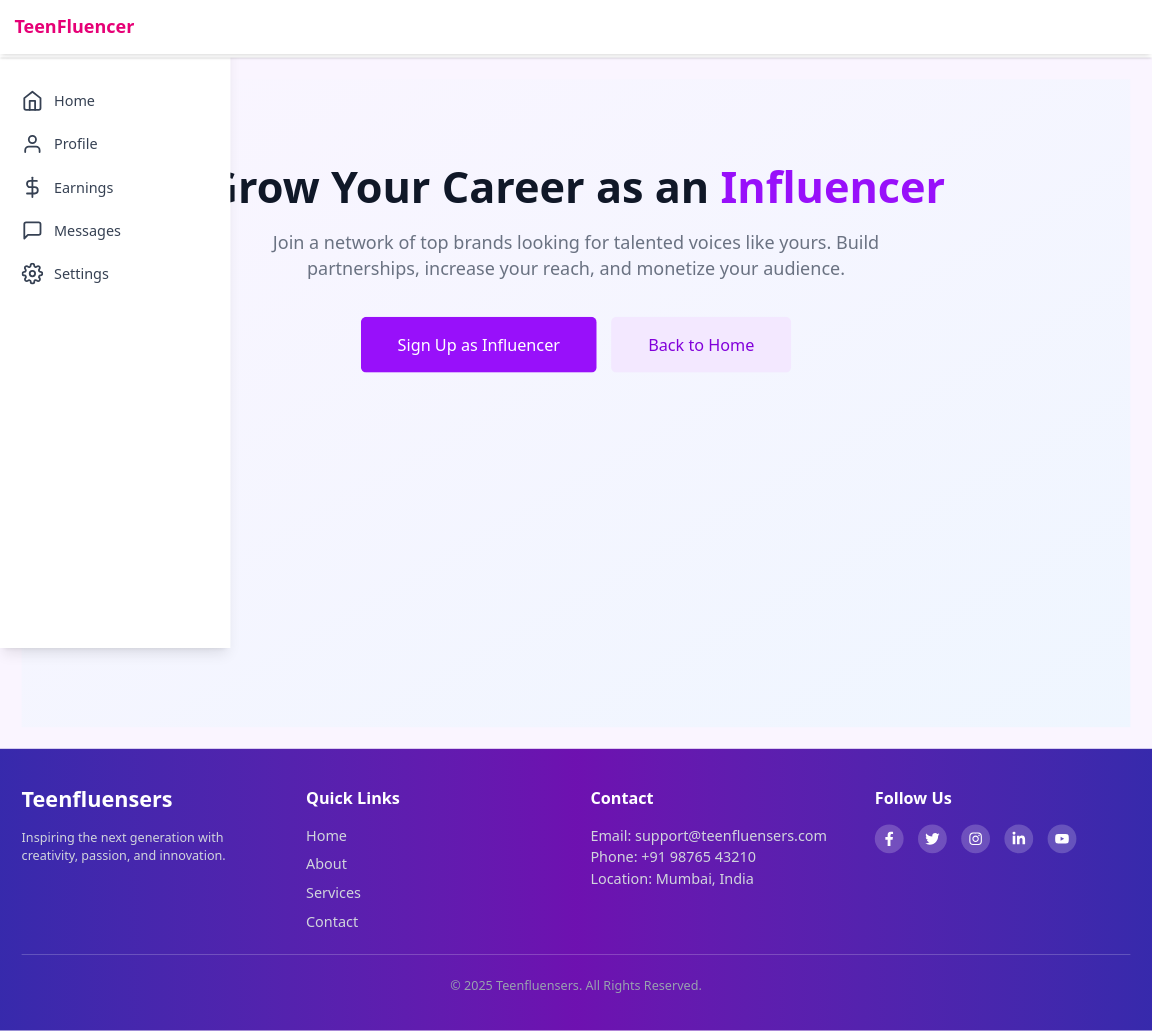
Repository: dhanbyte/teenfluencer
Page: /influencerhome
An editor plug-in stored every save of this project. The page is shown before and after the next save, followed by the edit.
The browser window is 1280 px wide. The pictures show the whole page, at 90% of full size.
The page's requests for data from a server got no answer. The project was rebuilt for these pictures with package versions that can differ from the ones it lists, and the page was loaded fresh each time. Some packages were replaced by stand-ins written for this rebuild. The framework's server and built-in components were replaced by stand-ins that run in the browser. No one was signed in, and anything a server would have sent is missing. Also part of the build but not shown: next.config.ts.

Above is the page before, as saved 2025-08-13 00:24:00.

### app/layout.tsx
// app/layout.tsx
import { ClerkProvider } from '@clerk/nextjs'
import './globals.css'
import PublicNavbar from '@/Components/Public/Public-navbar'
import Footer from '@/Components/Public/Footer'

export default function RootLayout({
  children,
}: {
  children: React.ReactNode
}) {
  return (
    <ClerkProvider>
      <html lang="en">
        <PublicNavbar />
        <body>{children}</body>
        <Footer />
      </html>
    </ClerkProvider>
  )
}

### app/(influencer)/layout.tsx
// app/influencer/layout.tsx
import React from "react";
import { ClerkProvider } from "@clerk/nextjs";
import "../(public)/globals.css";
import InfluencerNavbar from "@/Components/(Infuencer)/influencerNavbar";
export default function InfluencerLayout({ children }: { children: React.ReactNode }) {
  return (
    <html lang="en">

      <body className="min-h-screen flex flex-col bg-purple-50">

        <main className="flex-1 p-6"> <ClerkProvider>
          <InfluencerNavbar />
          {children}
          </ClerkProvider></main>
      </body>
    </html>
  );
}

### app/(influencer)/(Pages)/influencerhome/page.tsx
"use client";
import { useUser, useClerk } from '@clerk/nextjs';
import { useRouter } from 'next/navigation';
import Link from "next/link";

function InfluencerHomePage() {
  const { isSignedIn, user } = useUser();
  const { openSignUp } = useClerk();
  const router = useRouter();

  const handleSignUpClick = () => {
    if (isSignedIn) {
      router.push('/influencer');
    } else {
      openSignUp({
        afterSignUpUrl: '/influencer',
        afterSignInUrl: '/influencer'
      });
    }
  };

  if (!isSignedIn) {
    return (
      <div className="min-h-screen bg-gradient-to-br from-purple-50 to-blue-50">
        <div className="max-w-7xl mx-auto px-4 sm:px-6 lg:px-8 py-16 md:py-24">
          <div className="text-center">
            <h1 className="text-4xl md:text-5xl font-bold text-gray-900 mb-6">
              Grow Your Career as an <span className="text-purple-600">Influencer</span>
            </h1>
            <p className="mt-3 max-w-md mx-auto text-lg text-gray-500 sm:text-xl md:mt-5 md:max-w-3xl">
              Join a network of top brands looking for talented voices like yours.
              Build partnerships, increase your reach, and monetize your audience.
            </p>
            <div className="mt-10 flex flex-col sm:flex-row justify-center gap-4">
              <button
                onClick={handleSignUpClick}
                className="px-8 py-3 border border-transparent text-base font-medium rounded-md text-white bg-purple-600 hover:bg-purple-700 md:py-4 md:text-lg md:px-10"
              >
                {isSignedIn ? 'Go to Dashboard' : 'Sign Up as Influencer'}
              </button>
              <Link
                href="/"
                className="px-8 py-3 border border-transparent text-base font-medium rounded-md text-purple-700 bg-purple-100 hover:bg-purple-200 md:py-4 md:text-lg md:px-10"
              >
                Back to Home
              </Link>
            </div>
          </div>
        </div>
      </div>
    );
  }

  // For signed-in users
  return (
    <div className="min-h-screen bg-gradient-to-br from-purple-50 to-blue-50">
      <div className="max-w-7xl mx-auto px-4 sm:px-6 lg:px-8 py-8">


        <div className="text-center mt-10">
          <h1 className="text-4xl md:text-5xl font-bold text-gray-900 mb-6">
            Welcome, <span className="text-purple-600">{user?.firstName || 'Influencer'}</span>
          </h1>
          <p className="mt-3 max-w-md mx-auto text-lg text-gray-500 sm:text-xl md:mt-5 md:max-w-3xl">
            Ready to find your next brand partnership?
          </p>

          <div className="mt-16 grid gap-8 md:grid-cols-3">
            {/* Dashboard Cards */}
            <div className="bg-white p-6 rounded-lg shadow-md hover:shadow-lg transition-shadow">
              <h3 className="text-xl font-semibold mb-3">Your Profile</h3>
              <p className="text-gray-600 mb-4">
                Complete your profile to get more brand deals
              </p>
              <Link
                href="/influencer/profile"
                className="text-purple-600 hover:text-purple-800 font-medium"
              >
                Edit Profile →
              </Link>
            </div>

            <div className="bg-white p-6 rounded-lg shadow-md hover:shadow-lg transition-shadow">
              <h3 className="text-xl font-semibold mb-3">Available Campaigns</h3>
              <p className="text-gray-600 mb-4">
                Browse brand campaigns looking for influencers
              </p>
              <Link
                href="/influencer/campaigns"
                className="text-purple-600 hover:text-purple-800 font-medium"
              >
                View Campaigns →
              </Link>
            </div>

            <div className="bg-white p-6 rounded-lg shadow-md hover:shadow-lg transition-shadow">
              <h3 className="text-xl font-semibold mb-3">Your Analytics</h3>
              <p className="text-gray-600 mb-4">
                Track your performance and earnings
              </p>
              <Link
                href="/influencer/analytics"
                className="text-purple-600 hover:text-purple-800 font-medium"
              >
                View Analytics →
              </Link>
            </div>
          </div>
        </div>
      </div>
    </div>
  );
}

export default InfluencerHomePage;

### Components/Public/Public-navbar.tsx
"use client";
import Link from "next/link";
import { useState } from "react";
import { FaBars, FaTimes } from "react-icons/fa";

export default function PublicNavbar() {
  const [isOpen, setIsOpen] = useState(false);

  return (
    <nav className="bg-white shadow-sm sticky top-0 z-50">
      <div className="max-w-7xl mx-auto px-4 sm:px-6 lg:px-8">
        <div className="flex justify-between h-16 items-center">
          {/* Logo/Title - Shows icon on small screens */}
          <div className="flex-shrink-0 flex items-center">
            <Link href="/" className="flex items-center">
              <span className="text-2xl mr-1">👋</span>
              <span className="hidden sm:inline text-xl font-bold text-purple-600">
                InfluencerHub
              </span>
            </Link>
          </div>

          {/* Desktop Navigation - hidden on mobile */}
          <div className="hidden md:flex items-center space-x-2">
            <Link
              href="home"
              className="px-3 py-2 text-sm font-medium text-gray-700 hover:text-purple-600"
            >
              Home
            </Link>
            <Link
              href="services"
              className="px-3 py-2 text-sm font-medium text-gray-700 hover:text-purple-600"
            >
              Features
            </Link>
            <Link
              href="about"
              className="px-3 py-2 text-sm font-medium text-gray-700 hover:text-purple-600"
            >
              About
            </Link>
          </div>

          {/* Auth Buttons - changes size based on screen */}
          <div className="hidden md:flex items-center space-x-2">
            <button className="px-3 py-1.5 text-xs sm:text-sm font-medium rounded-md text-white bg-purple-600 hover:bg-purple-700">
              Login
            </button>
            <button className="px-3 py-1.5 text-xs sm:text-sm font-medium rounded-md text-purple-600 border border-purple-600 hover:bg-purple-50">
              Sign Up
            </button>
          </div>

          {/* Mobile menu button - shows only on mobile */}
          <div className="md:hidden flex items-center">
            <button
              onClick={() => setIsOpen(!isOpen)}
              className="inline-flex items-center justify-center p-2 rounded-md text-gray-700 hover:text-purple-600 focus:outline-none"
            >
              {isOpen ? (
                <FaTimes className="h-5 w-5" />
              ) : (
                <FaBars className="h-5 w-5" />
              )}
            </button>
          </div>
        </div>
      </div>

      {/* Mobile menu - shows when hamburger is clicked */}
      <div className={`md:hidden ${isOpen ? "block" : "hidden"} bg-white pb-3`}>
        <div className="px-2 pt-2 space-y-1">
          <Link
            href="home"
            className="block px-3 py-2 rounded-md text-base font-medium text-gray-700 hover:text-purple-600 hover:bg-purple-50"
          >
            Home
          </Link>
          <Link
            href="services"
            className="block px-3 py-2 rounded-md text-base font-medium text-gray-700 hover:text-purple-600 hover:bg-purple-50"
          >
            Features
          </Link>
          <Link
            href="about"
            className="block px-3 py-2 rounded-md text-base font-medium text-gray-700 hover:text-purple-600 hover:bg-purple-50"
          >
            About
          </Link>
        </div>
        <div className="px-2 pt-2 space-y-1">
          <button className="w-full px-3 py-2 rounded-md text-base font-medium text-white bg-purple-600 hover:bg-purple-700">
            Login
          </button>
          <button className="w-full px-3 py-2 rounded-md text-base font-medium text-purple-600 border border-purple-600 hover:bg-purple-50">
            Sign Up
          </button>
        </div>
      </div>
    </nav>
  );
}

### Components/Public/Footer.tsx
/* eslint-disable @next/next/no-html-link-for-pages */
import { FaFacebookF, FaTwitter, FaInstagram, FaLinkedinIn, FaYoutube } from "react-icons/fa";

export default function Footer() {
  return (
    <footer className="bg-gradient-to-r from-indigo-800 via-purple-800 to-indigo-800 text-white">
      <div className="max-w-7xl mx-auto px-6 py-10">

        {/* Top Section */}
        <div className="grid grid-cols-1 md:grid-cols-4 gap-8">

          {/* Brand Info */}
          <div>
            <h2 className="text-2xl font-bold mb-4">Teenfluensers</h2>
            <p className="text-sm text-gray-300">
              Inspiring the next generation with creativity, passion, and innovation.
            </p>
          </div>

          {/* Quick Links */}
          <div>
            <h3 className="text-lg font-semibold mb-4">Quick Links</h3>
            <ul className="space-y-2 text-gray-300">
              <li><a href="/" className="hover:text-white transition">Home</a></li>
              <li><a href="/about" className="hover:text-white transition">About</a></li>
              <li><a href="/services" className="hover:text-white transition">Services</a></li>
              <li><a href="/contact" className="hover:text-white transition">Contact</a></li>
            </ul>
          </div>

          {/* Contact Info */}
          <div>
            <h3 className="text-lg font-semibold mb-4">Contact</h3>
            <p className="text-gray-300">Email: support@teenfluensers.com</p>
            <p className="text-gray-300">Phone: +91 98765 43210</p>
            <p className="text-gray-300">Location: Mumbai, India</p>
          </div>

          {/* Social Media */}
          <div>
            <h3 className="text-lg font-semibold mb-4">Follow Us</h3>
            <div className="flex space-x-4">
              <a href="#" className="p-2 bg-white/20 rounded-full hover:bg-white/30 transition">
                <FaFacebookF />
              </a>
              <a href="#" className="p-2 bg-white/20 rounded-full hover:bg-white/30 transition">
                <FaTwitter />
              </a>
              <a href="#" className="p-2 bg-white/20 rounded-full hover:bg-white/30 transition">
                <FaInstagram />
              </a>
              <a href="#" className="p-2 bg-white/20 rounded-full hover:bg-white/30 transition">
                <FaLinkedinIn />
              </a>
              <a href="#" className="p-2 bg-white/20 rounded-full hover:bg-white/30 transition">
                <FaYoutube />
              </a>
            </div>
          </div>

        </div>

        {/* Divider */}
        <div className="border-t border-white/20 my-6"></div>

        {/* Bottom Section */}
        <div className="text-center text-gray-400 text-sm">
          © {new Date().getFullYear()} Teenfluensers. All Rights Reserved.
        </div>
      </div>
    </footer>
  );
}

### Components/(Infuencer)/influencerNavbar.tsx
   "use client";
   import { UserButton } from "@clerk/nextjs";
import Link from "next/link";
import { useState, useEffect } from "react";
import { FiMenu, FiX, FiHome, FiUser, FiSettings, FiDollarSign, FiMessageSquare } from "react-icons/fi";

export default function InfluencerNavbar() {
  const [isOpen, setIsOpen] = useState(false);
  const [isMobile, setIsMobile] = useState(false);

  useEffect(() => {
    const handleResize = () => {
      setIsMobile(window.innerWidth < 768);
    };

    handleResize(); // Check initial size
    window.addEventListener("resize", handleResize);
    return () => window.removeEventListener("resize", handleResize);
  }, []);

  const toggleSidebar = () => setIsOpen(!isOpen);

  return (
    <>
      {/* Top Navbar */}
      <nav className="fixed top-0 left-0 right-0 bg-white shadow-md z-50 p-4 flex justify-between items-center">
        {/* Left side - Menu button and logo */}
        <div className="flex items-center space-x-4">
          <button
            onClick={toggleSidebar}
            className="md:hidden text-gray-700 focus:outline-none"
          >
            {isOpen ? <FiX size={24} /> : <FiMenu size={24} />}
          </button>
          <Link href="/" className="text-xl font-bold text-pink-600">
            TeenFluencer
          </Link>
        </div>

        {/* Right side - User button */}
        <div className="flex items-center space-x-4">
          <UserButton afterSignOutUrl="/" />
        </div>
      </nav>

      {/* Slide-out Sidebar */}
      <div
        className={`fixed top-0 left-0 h-full bg-white shadow-lg z-40 transition-all duration-300 ease-in-out
          ${isOpen ? "translate-x-0 w-64" : "-translate-x-full w-0"}
          md:translate-x-0 md:w-64`}
      >
        <div className="h-full pt-16 pb-4 overflow-y-auto">
          {/* Clerk User Button in Sidebar (hidden on desktop) */}
          <div className="md:hidden p-4 flex justify-center">
            <UserButton afterSignOutUrl="/" />
          </div>

          {/* Navigation Links */}
          <nav className="mt-6">
            <NavItem href="/" icon={<FiHome size={isMobile ? 20 : 24} />} text="Home" />
            <NavItem href="/profile" icon={<FiUser size={isMobile ? 20 : 24} />} text="Profile" />
            <NavItem href="/earnings" icon={<FiDollarSign size={isMobile ? 20 : 24} />} text="Earnings" />
            <NavItem href="/messages" icon={<FiMessageSquare size={isMobile ? 20 : 24} />} text="Messages" />
            <NavItem href="/settings" icon={<FiSettings size={isMobile ? 20 : 24} />} text="Settings" />
          </nav>
        </div>
      </div>

      {/* Overlay for mobile */}
      {isOpen && (
        <div
          className="fixed inset-0 bg-black bg-opacity-50 z-30 md:hidden"
          onClick={toggleSidebar}
        />
      )}
    </>
  );
}

function NavItem({ href, icon, text }: { href: string; icon: React.ReactNode; text: string }) {
  return (
    <Link
      href={href}
      className="flex items-center px-6 py-3 text-gray-700 hover:bg-pink-50 hover:text-pink-600 transition-colors"
    >
      <span className="mr-3">{icon}</span>
      <span className="text-sm md:text-base">{text}</span>
    </Link>
  );
}

Loaded but not shown: app/globals.css (common file); app/(public)/globals.css (common file)

After the next save:
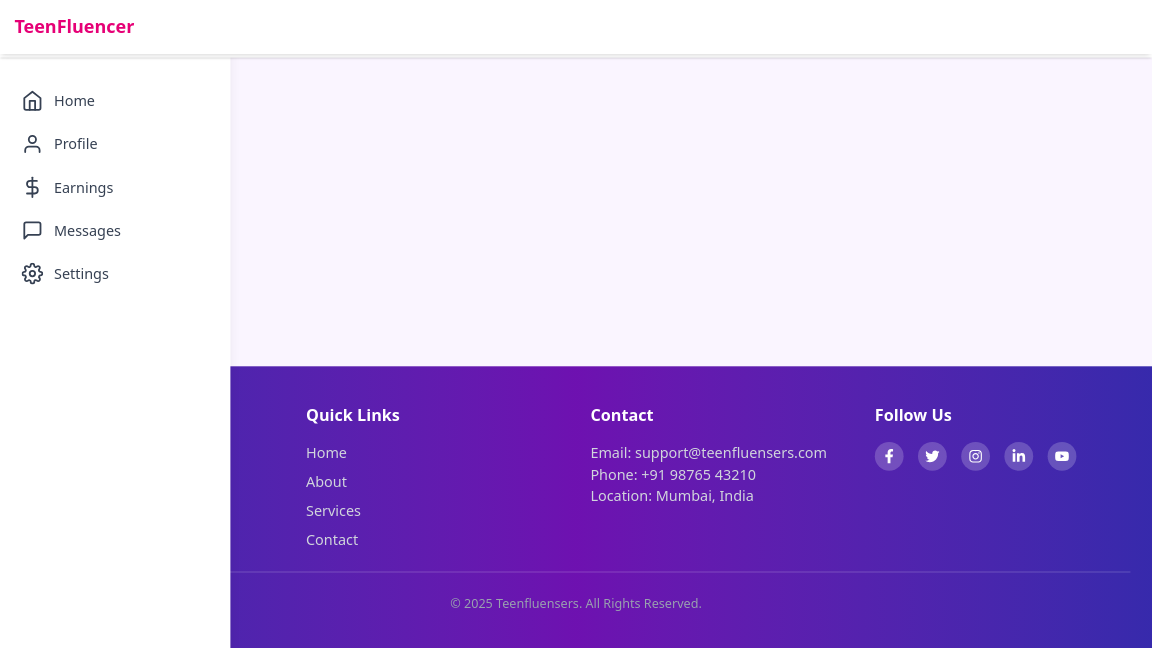
Saved 40 s later.
--- a/app/(influencer)/layout.tsx
+++ b/app/(influencer)/layout.tsx
@@ -1,3 +1,4 @@
+
 // app/influencer/layout.tsx
 import React from "react";
 import { ClerkProvider } from "@clerk/nextjs";
@@ -10,8 +11,10 @@
       <body className="min-h-screen flex flex-col bg-purple-50">
 
         <main className="flex-1 p-6"> <ClerkProvider>
-          <InfluencerNavbar />
+          <InfluencerNavbar >
+
           {children}
+          </InfluencerNavbar>
           </ClerkProvider></main>
       </body>
     </html>

After the 2 saves that followed:
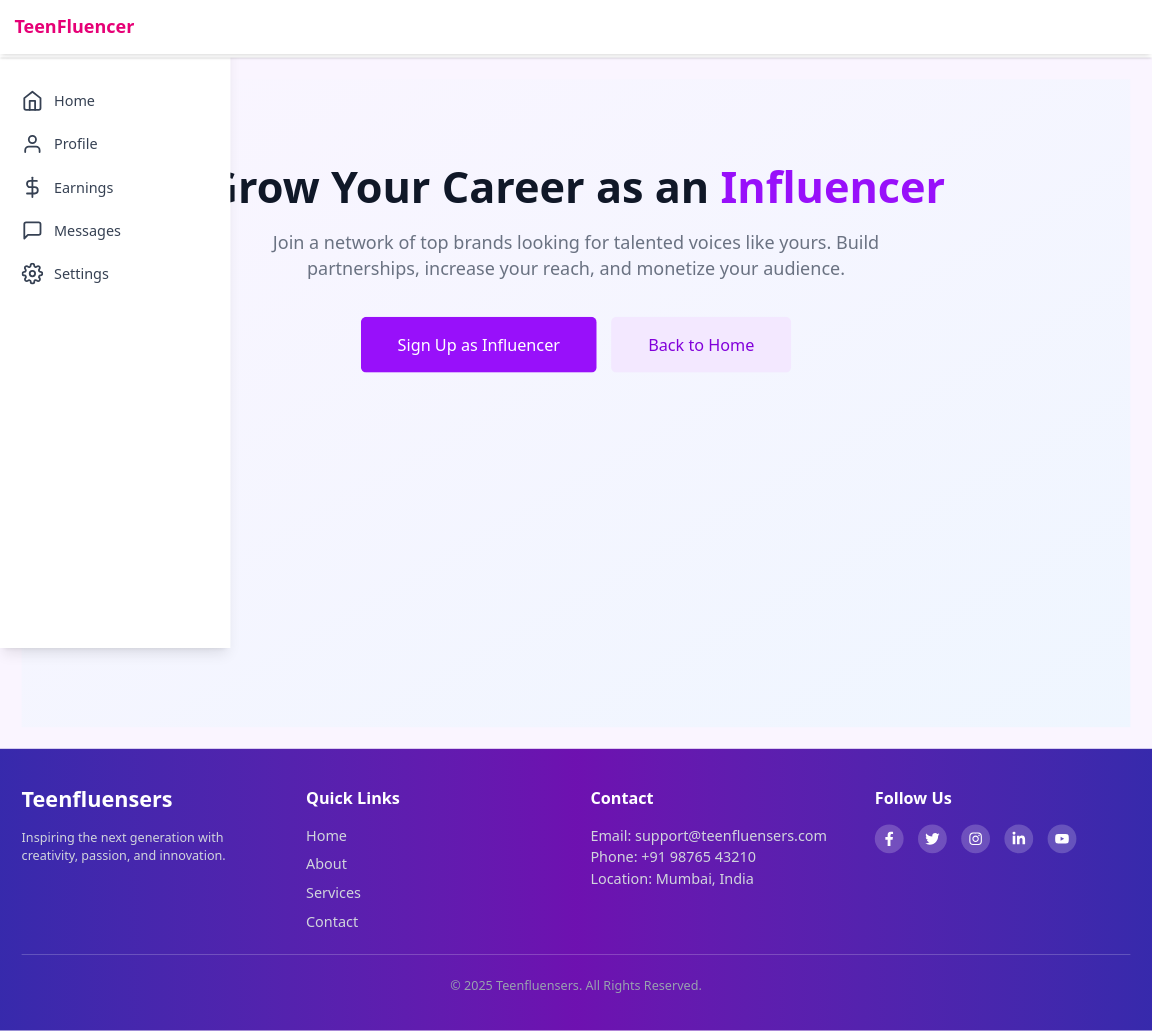
The 2 saves are shown as one change because 1 did not build or start.
The last was saved 17 s later.
--- a/app/(influencer)/layout.tsx
+++ b/app/(influencer)/layout.tsx
@@ -11,10 +11,8 @@
       <body className="min-h-screen flex flex-col bg-purple-50">
 
         <main className="flex-1 p-6"> <ClerkProvider>
-          <InfluencerNavbar >
-
+          <InfluencerNavbar />
           {children}
-          </InfluencerNavbar>
           </ClerkProvider></main>
       </body>
     </html>
